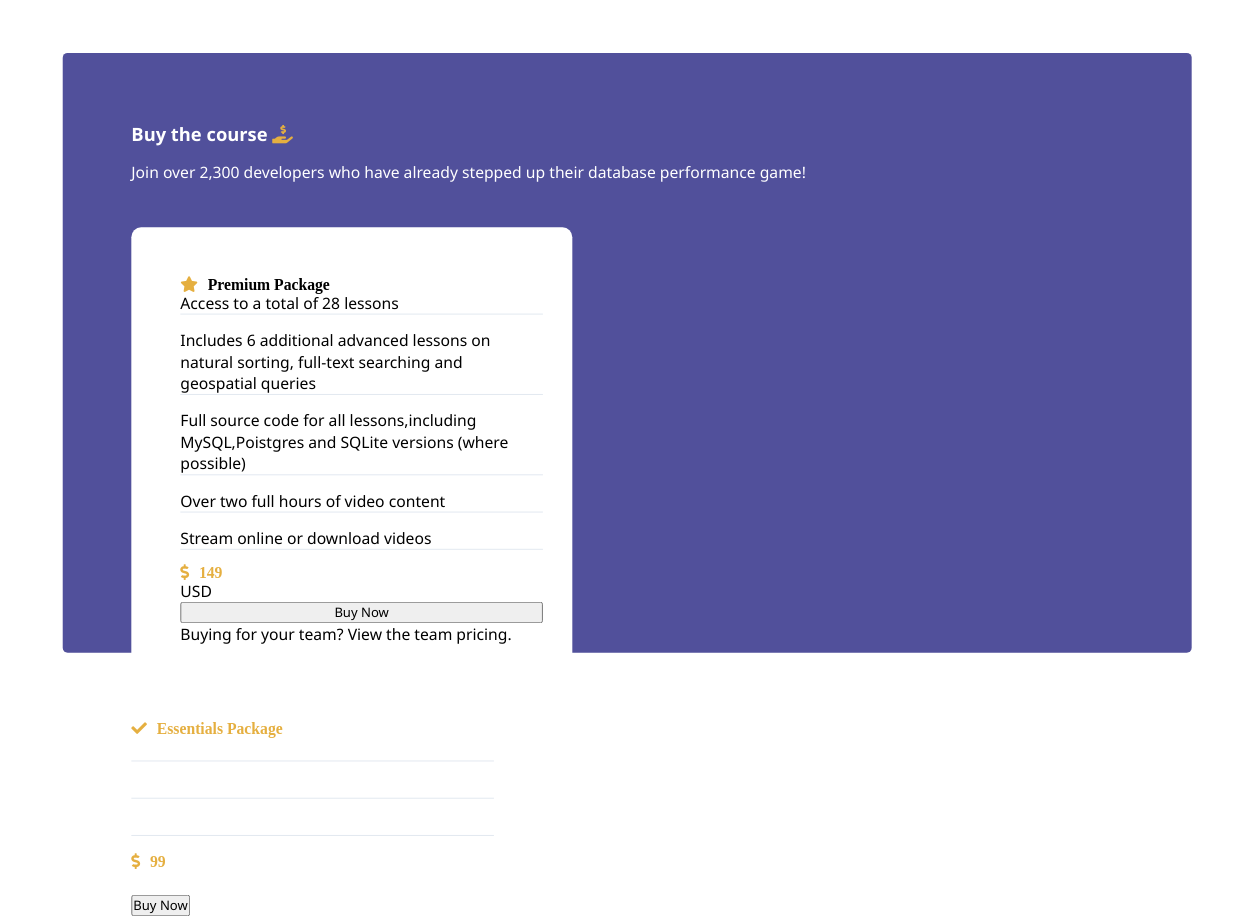
Repository: Z-ayat/Challenges
Page: Challenge 4/index.html
An editor plug-in stored every save of this project. The page is shown before and after the next save, followed by the edit.
The browser window is 1280 px wide. The pictures show the whole page, at 98% of full size.

Above is the page before, as saved 2021-09-07 01:30:43.

After the next save:
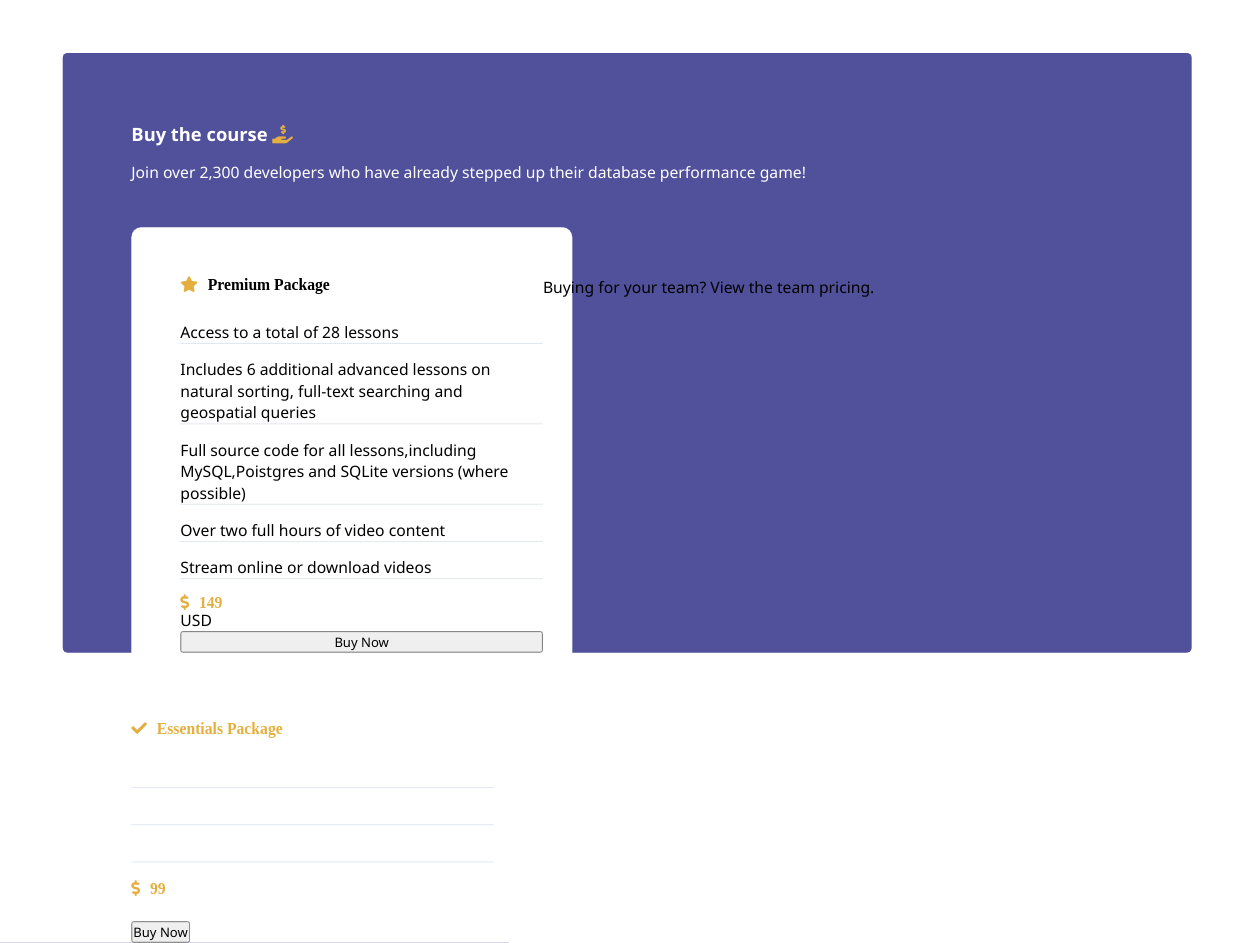
Saved 9 s later.
--- a/Challenge 4/styling/css/master.css
+++ b/Challenge 4/styling/css/master.css
@@ -90,7 +90,9 @@
     border-bottom: solid 1px #E2E8F0;
 }
 
-.headtitle {}
+.headtitle {
+    margin-bottom: 30px;
+}
 
 .fas {
     color: var(--facolor)

After the 2 saves that followed:
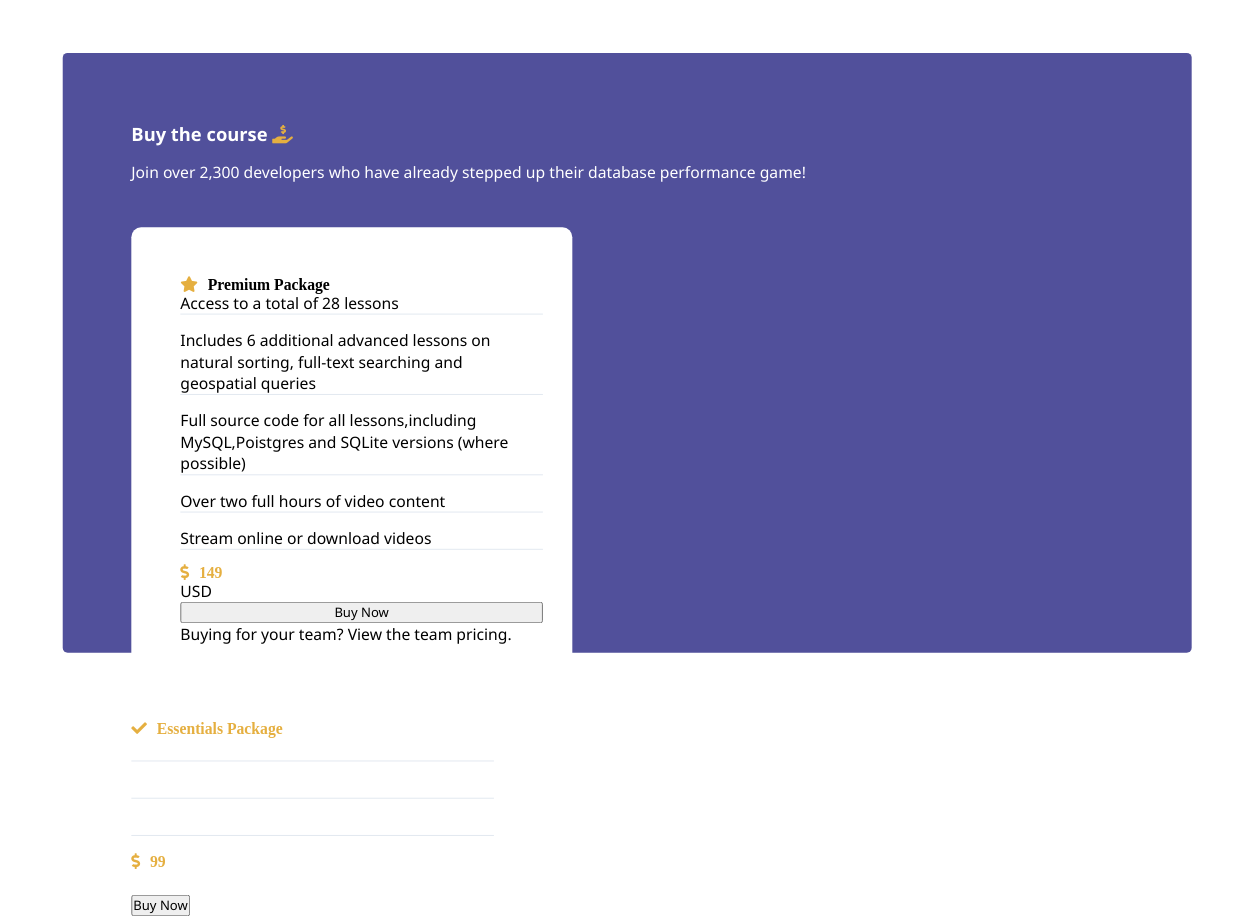
The 2 saves are shown as one change because 1 left the picture as it was.
The last was saved 52 s later.
--- a/Challenge 4/styling/css/master.css
+++ b/Challenge 4/styling/css/master.css
@@ -90,7 +90,9 @@
     border-bottom: solid 1px #E2E8F0;
 }
 
-.headtitle {
+.headtitle h3 {
+    font-weight: 800;
+    color: var(--clrbg);
     margin-bottom: 30px;
 }
 
